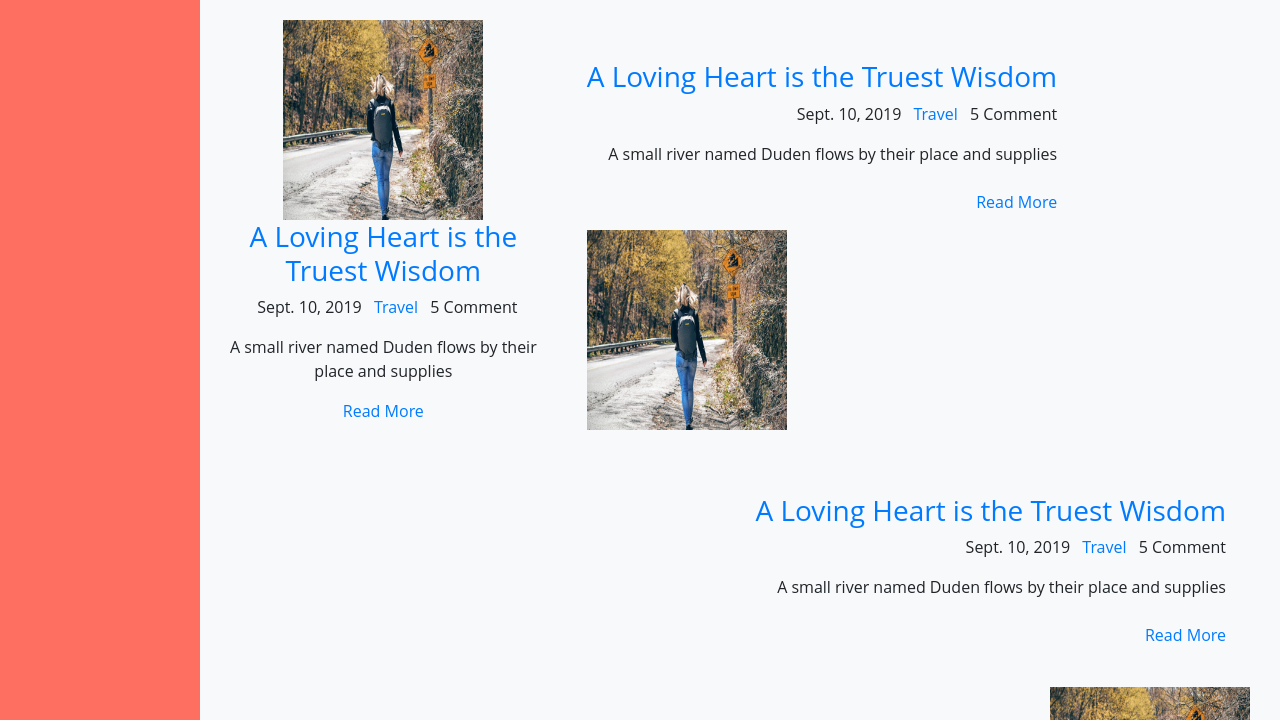
Repository: tts2610/GoogleNews
Page: index.html
An editor plug-in stored every save of this project. The page is shown before and after the next save, followed by the edit.
The browser window is 1280 px wide. The pictures show the whole page.
The page's requests for data from a server got no answer. An inner scrolling area shows only its first screen. Some web libraries are served in a nearby version.

Above is the page before, as saved 2020-05-20 22:35:42.

### index.html
<!DOCTYPE html>
<html lang="en">

<head>
    <meta charset="UTF-8">
    <meta name="viewport" content="width=device-width, initial-scale=1.0">
    <title>Document</title>
    <link rel="stylesheet" href="https://maxcdn.bootstrapcdn.com/bootstrap/4.4.1/css/bootstrap.min.css">

    <!-- jQuery library -->
    <script src="https://ajax.googleapis.com/ajax/libs/jquery/3.5.1/jquery.min.js"></script>

    <!-- Popper JS -->
    <script src="https://cdnjs.cloudflare.com/ajax/libs/popper.js/1.16.0/umd/popper.min.js"></script>

    <!-- Latest compiled JavaScript -->
    <script src="https://maxcdn.bootstrapcdn.com/bootstrap/4.4.1/js/bootstrap.min.js"></script>
    <link rel="stylesheet" href="css/style.css">

    <link href="https://unpkg.com/aos@2.3.1/dist/aos.css" rel="stylesheet">

    <link rel="stylesheet" href="https://cdnjs.cloudflare.com/ajax/libs/animate.css/4.0.0/animate.min.css" />
    <script src="js/moment.js"></script>
</head>

<body>
    <div class="myContainer">
        <div class="sidenav">
            <ul id="sideNav">
                <!-- <li></li>
                <li></li>
                <li></li> -->
            </ul>
        </div>
        <div class="content" id="myContent">

            <div class="row">
                <div class="col-4">
                    <div class="blog-entry-left">
                        <div>
                            <img src="img/image_8.jpg" width="200" height="200">
                        </div>
                        <div class="text" style="text-align: center;">
                            <h3 class=""><a href="single.html">A Loving Heart is the Truest Wisdom</a></h3>
                            <div class="meta-wrap">
                                <p class="meta">
                                    <span><i class="icon-calendar mr-2"></i>Sept. 10, 2019</span>
                                    <span><a href="single.html"><i class="icon-folder-o mr-2"></i>Travel</a></span>
                                    <span><i class="icon-comment2 mr-2"></i>5 Comment</span>
                                </p>
                            </div>
                            <p class="">A small river named Duden flows by their place and supplies</p>
                            <p><a href="#" class="btn-custom">Read More <span class="ion-ios-arrow-forward"></span></a></p>
                        </div>
                    </div>
                </div>
                <div class="col-8">
                    <div class="row" id='container-row'>

                        <div class="row">
                            <div class="blog-entry">
                                <div class="text">
                                    <h3 class="mb-2"><a href="single.html">A Loving Heart is the Truest Wisdom</a></h3>
                                    <div class="meta-wrap">
                                        <p class="meta">
                                            <span><i class="icon-calendar mr-2"></i>Sept. 10, 2019</span>
                                            <span><a href="single.html"><i class="icon-folder-o mr-2"></i>Travel</a></span>
                                            <span><i class="icon-comment2 mr-2"></i>5 Comment</span>
                                        </p>
                                    </div>
                                    <p class="mb-4">A small river named Duden flows by their place and supplies</p>
                                    <p><a href="#" class="btn-custom">Read More <span class="ion-ios-arrow-forward"></span></a></p>
                                </div>
                            </div>
                            <div class="news-img"><img src="img/image_8.jpg" width="200" height="200"></div>
                        </div>
                        <div class="row">
                            <div class="blog-entry">
                                <div class="text text-2 text-md-right p-4">
                                    <h3 class="mb-2"><a href="single.html">A Loving Heart is the Truest Wisdom</a></h3>
                                    <div class="meta-wrap">
                                        <p class="meta">
                                            <span><i class="icon-calendar mr-2"></i>Sept. 10, 2019</span>
                                            <span><a href="single.html"><i class="icon-folder-o mr-2"></i>Travel</a></span>
                                            <span><i class="icon-comment2 mr-2"></i>5 Comment</span>
                                        </p>
                                    </div>
                                    <p class="mb-4">A small river named Duden flows by their place and supplies</p>
                                    <p><a href="#" class="btn-custom">Read More <span class="ion-ios-arrow-forward"></span></a></p>
                                </div>
                                <div class="news-img"><img src="img/image_8.jpg" width="200" height="200"></div>
                            </div>
                        </div>


                        <!-- <div class="col-md-12">

                        </div> -->
                        <!-- <div class="col-md-12">

                        </div> -->
                    </div>
                </div>
            </div>
            <!-- <button type="button" id="loadMoreBtn" class="btn btn-success my-3" style="margin-left: 470px;">Load more...</button> -->
        </div>
    </div>

    <script src="js/script.js"></script>
    <script src="https://unpkg.com/aos@2.3.1/dist/aos.js"></script>
    <script>
        AOS.init();
    </script>
</body>

</html>

### css/style.css
body {
    margin: 0;
    font-family: 'Open Sans', sans-serif;
}

.myContainer {
    display: flex;
    justify-content: start;
}

.sidenav {
    min-height: 100vh;
    width: 200px;
    float: left;
    position: relative;
    background-color: #FF6F61;
}

#sideNav {
    overflow-y: scroll;
}

.content {
    height: 100vh;
    width: calc(100% - 200px);
    float: right;
    position: relative;
    background-color: #f8f9fa;
    overflow-y: scroll;
}

.blog-entry-left {
    display: flex;
    flex-direction: column;
    align-items: center;
}

.row {
    padding: 20px;
    font-size: medium;
    text-align: right;
}

#container-row {
    display: flex;
    justify-content: flex-end;
}

button {
    margin-left: 500px;
}

### js/script.js
let newsList = [];
const apiKey = "2dc86bcdc7184b17b45b74b30858f75a"
let page = 1;
let pageSize = 6;
let categoryList = [];
let q = "apple";

const loadNews = async(page) => {
    let sources = [];
    $("input:checkbox:checked").each(function() {
        sources.push($(this).val());
    });
    let url;
    if (!sources.length)
        url = `https://newsapi.org/v2/top-headlines?q=${q}&apiKey=${apiKey}&page=${page}&pageSize=${pageSize}`;
    else {
        let sourceStr = sources.join(",");
        url = `https://newsapi.org/v2/top-headlines?q=${q}&page=${page}&pageSize=${pageSize}&sources=${sourceStr}&apiKey=${apiKey}`
    }



    let data = await fetch(url);
    let result = await data.json();
    $("#myContent").empty();
    $("#myContent").append(render(result));
    $('#myContent').append(`<button onclick="loadMoreFunction()" id="loadMoreBtn" type="button" class="btn btn-success my-4">Load more</button>`);
    $('#myContent').append(`<div id="currentNews" style="text-align:right;">Shown : ${result.articles.length} news</div>`);
}

$(document).ready(function() {
    countCategory();
    // loadNews(page);

});

async function countCategory() {
    let filterUrl = `https://newsapi.org/v2/top-headlines?q=${q}&apiKey=${apiKey}`;
    let filterData = await fetch(filterUrl);
    let result = await filterData.json();
    result.articles.forEach((x, i) => {
        addToDictionary(x.source);
    });
    reloadFilter();
}


function loadMoreFunction() {
    page++;
    $("#loadMoreBtn").remove();
    $("#currentNews").remove();
    loadNews(page);
}

function reloadFilter() {
    $("#sideNav").empty();
    categoryList.forEach(element => {
        let html = `<div class="form-check">
                        <input class="form-check-input" onchange="loadNews(1);" type="checkbox" id="${element.id}" value="${element.id}">
                        <label class="form-check-label">${element.category}(${element.count})</label>
                    </div>`;
        $("#sideNav").append(html);
    });
}

function addToDictionary(x) {
    let flag;
    for (let i = 0; i < categoryList.length; i++) {
        if (categoryList[i].id == x.id) {
            categoryList[i].count++;
            flag = true;
        }
    }
    if (!flag)
        categoryList.push({ id: x.id, category: x.name, count: 1 })
}

function render(result) {
    let innerHtml = '';
    let firstNum = 0;
    let midNum;
    let lastNum;
    result.articles.forEach((x, i) => {
        if (i == firstNum) {
            innerHtml += `<div class="row animate__animated animate__fadeInUp">
            <div class="col-4">
                <div class="blog-entry-left">
                    <div>
                        <img src="${x.urlToImage}" width="200" height="200">
                    </div>
                    <div class="text">
                        <h3 class=""><a href="single.html">${x.title}</a></h3>
                        <div class="meta-wrap">
                            <p class="meta">
                                <span><i class="icon-calendar mr-2"></i>${moment(x.publishedAt).fromNow()}</span>
                                <span><a href="single.html"><i class="icon-folder-o mr-2"></i>${x.source.name}</a></span>
                                <span><i class="icon-comment2 mr-2"></i>5 Comment</span>
                            </p>
                        </div>
                        <p class="">${x.description}</p>
                        <p><a href="#" class="btn-custom">Read More <span class="ion-ios-arrow-forward"></span></a></p>
                    </div>
                </div>
            </div>`
            midNum = i + 1;
            firstNum = firstNum + 3;
        }
        if (i == midNum) {
            innerHtml += `<div class="col-8">
            <div class="row">
                <div class="col-md-12">
                    <div class="blog-entry">
                        <div class="text text-2 text-md-right pr-4">
                            <h3 class="mb-2"><a href="single.html">${x.title}</a></h3>
                            <div class="meta-wrap">
                                <p class="meta">
                                    <span><i class="icon-calendar mr-2"></i>${moment(x.publishedAt).fromNow()}</span>
                                    <span><a href="single.html"><i class="icon-folder-o mr-2"></i>${x.source.name}</a></span>
                                    <span><i class="icon-comment2 mr-2"></i>5 Comment</span>
                                </p>
                            </div>
                            <p class="mb-4">${x.description}</p>
                            <p><a href="#" class="btn-custom">Read More <span class="ion-ios-arrow-forward"></span></a></p>
                        </div>
                        <div class="news-img"><img src="${x.urlToImage}" width="200" height="200"></div>
                    </div>
                </div>`
            lastNum = i + 1;
        }
        if (i == lastNum) {
            innerHtml += `<div class="col-md-12">
            <div class="blog-entry ftco-animate d-md-flex align-items-center">
                <div class="text text-2 text-md-right pr-4">
                    <h3 class="mb-2"><a href="single.html">${x.title}</a></h3>
                    <div class="meta-wrap">
                        <p class="meta">
                            <span><i class="icon-calendar mr-2"></i>${moment(x.publishedAt).fromNow()}</span>
                            <span><a href="single.html"><i class="icon-folder-o mr-2"></i>${x.source.name}</a></span>
                            <span><i class="icon-comment2 mr-2"></i>5 Comment</span>
                        </p>
                    </div>
                    <p class="mb-4">${x.description}</p>
                    <p><a href="#" class="btn-custom">Read More <span class="ion-ios-arrow-forward"></span></a></p>
                </div>
                <div class="news-img"><img src="${x.urlToImage}" width="200" height="200"></div>
            </div>
        </div>
    </div>
</div>
</div>
`
        }


    });
    return innerHtml;
}

Loaded but not shown: js/moment.js (library)

After the next save:
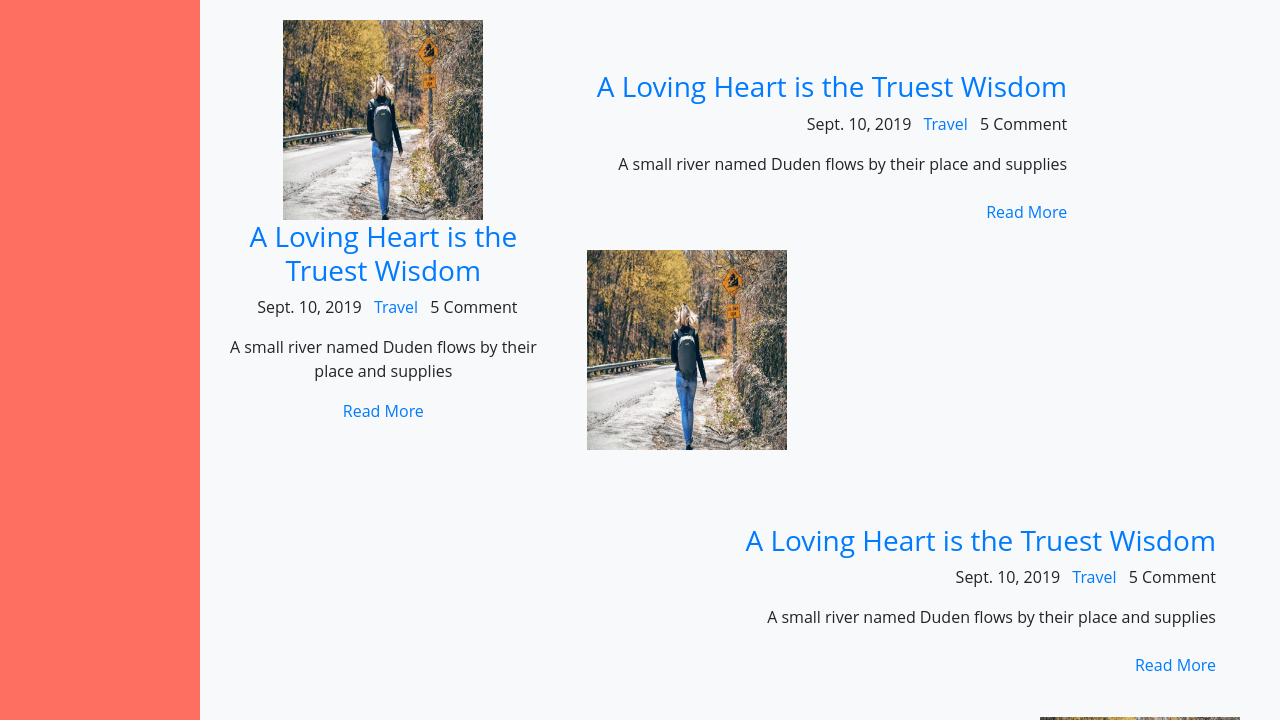
Saved 50 s later.
--- a/css/style.css
+++ b/css/style.css
@@ -35,6 +35,10 @@ body {
     align-items: center;
 }
 
+.blog-entry {
+    padding: 10px;
+}
+
 .row {
     padding: 20px;
     font-size: medium;
